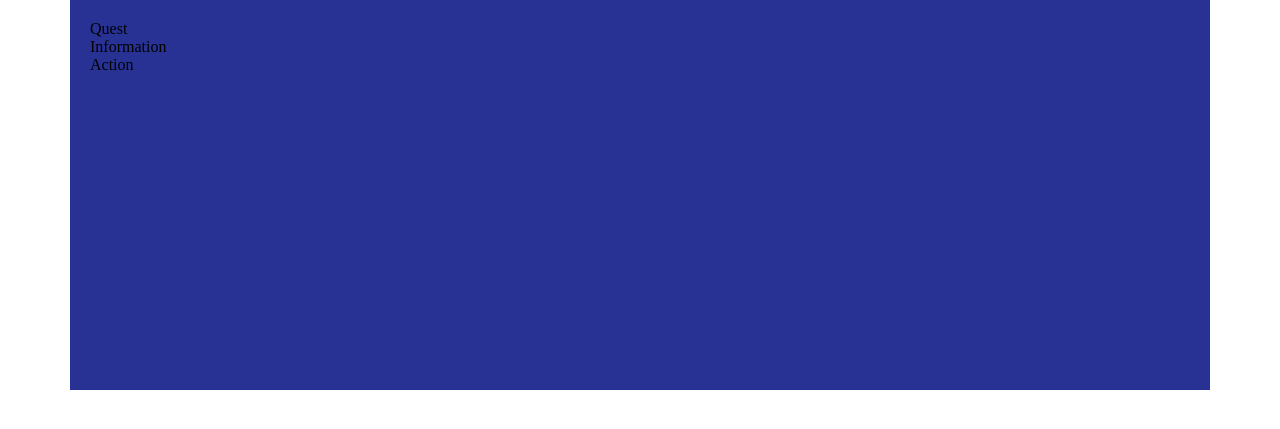
Repository: rahulnag7963/UBCHacks4.0
Page: /
These files come from the project's save history. The page is drawn as it stood at one moment and after the next save; the edit follows.
The browser window is 1280 px wide. The pictures show the whole page.
The project was rebuilt for these pictures with package versions that can differ from the ones it lists, and the page was loaded fresh each time.

Above is the page before, as saved 2022-11-26 02:17:44.

### public/index.html
<!DOCTYPE html>
<html lang="en">
  <head>
    <meta charset="utf-8" />
    <link rel="icon" href="%PUBLIC_URL%/favicon.ico" />
    <meta name="viewport" content="width=device-width, initial-scale=1" />
    <meta name="theme-color" content="#000000" />
    <meta
      name="description"
      content="Web site created using create-react-app"
    />
    <link rel="apple-touch-icon" href="%PUBLIC_URL%/logo192.png" />
    <link rel="manifest" href="%PUBLIC_URL%/manifest.json" />
    <title>BC Hacks 4.0 Game</title>
  </head>
  <body>
    <noscript>You need to enable JavaScript to run this app.</noscript>
    <div id="root"></div>
  </body>
</html>

### src/index.tsx
import React from 'react';
import ReactDOM from 'react-dom/client';
import './index.css';
import App from './app';

const root = ReactDOM.createRoot(
  document.getElementById('root') as HTMLElement
);

root.render(
  <React.StrictMode>
    <App />
  </React.StrictMode>
);

### src/app.tsx
import React from "react";
import "./app.css";
import Quest from "./Components/Quest";
import Information from "./Components/Information";
import Action from "./Components/Action";
function app() {
  return (
    <div className="app">
      <div className="Components">
        <Quest />
        <Information />
        <Action />
      </div>
    </div>
  );
}

export default app;

### src/app.css
.app {
    padding: 20px;
    height: 350px;
    width: 1100px;
    background-color: rgb(39, 50, 148);
    margin-left: auto;
    margin-right: auto;


}

.component {
    text-align: center;
    padding: 250px;
}

### src/Components/Quest.tsx
import React from 'react'

const Quest = () => {
  return (
    <div>Quest</div>
  )
}

export default Quest

### src/Components/Information.tsx
import React from 'react'

const Information = () => {
  return (
    <div>Information</div>
  )
}

export default Information

### src/Components/Action.tsx
import React from 'react'

const Action = () => {
  return (
    <div>Action</div>
  )
}

export default Action

Loaded but not shown: src/index.css (common file)

After the next save:
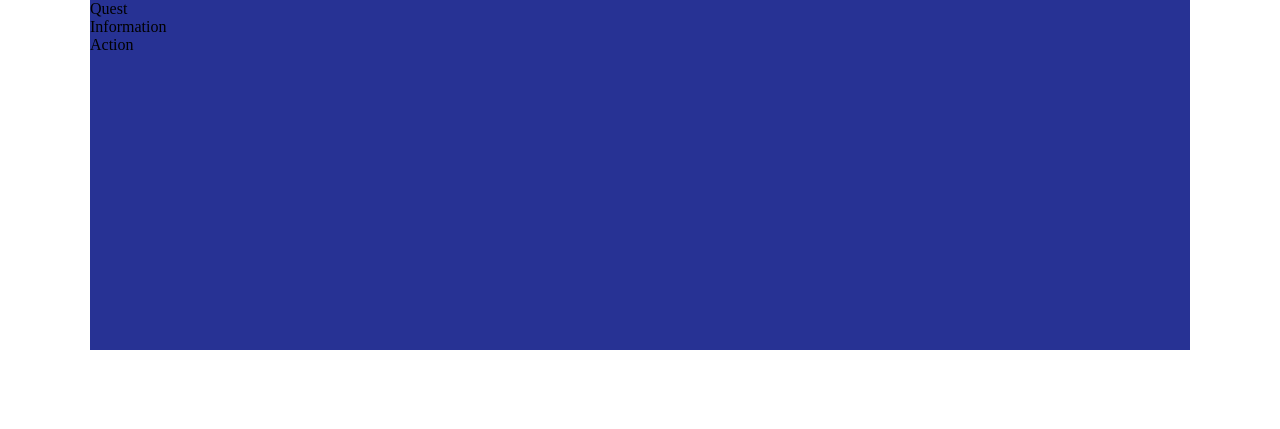
Saved 9 min 10 s later.
--- a/src/app.css
+++ b/src/app.css
@@ -1,5 +1,4 @@
 .app {
-    padding: 20px;
     height: 350px;
     width: 1100px;
     background-color: rgb(39, 50, 148);
